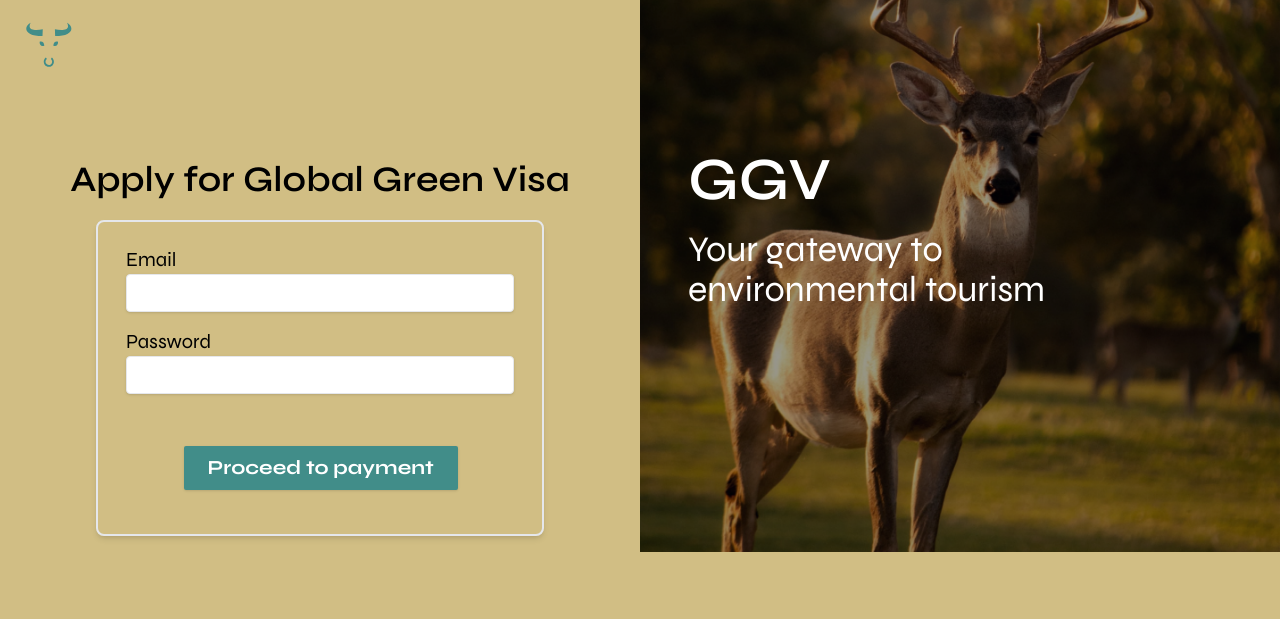
Repository: EngrAhmadUmar/landing-page
Page: /register
The author's editor kept a copy of each file at every save. The page is drawn from the files as they stood at one save, then again after the next save.
The browser window is 1280 px wide. The pictures show the whole page.
The project was rebuilt for these pictures with package versions that can differ from the ones it lists, and the page was loaded fresh each time. The framework's server and built-in components were replaced by stand-ins that run in the browser. Also part of the build but not shown: next.config.js, styles/Home.module.css, src/Components/ApplyPageComponents/ApplyForm.jsx, src/Components/ApplyPageComponents/LoginForm.jsx.

Above is the page before, as saved 2022-07-06 11:18:37.

After the next save:
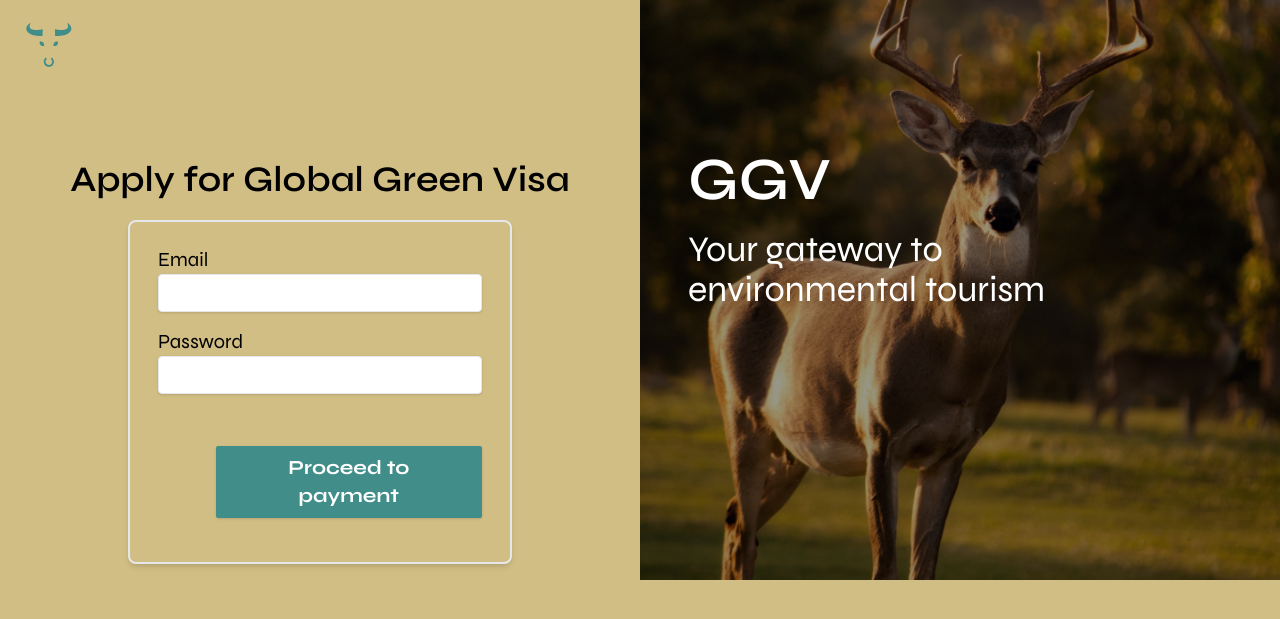
Saved 12 s later.
--- a/src/Components/ApplyPageComponents/RegisterForm.jsx
+++ b/src/Components/ApplyPageComponents/RegisterForm.jsx
@@ -74,7 +74,7 @@ const JoinUs = () => {
           </h3>
           <form
             onSubmit={onSubmit}
-            className="shadow-md rounded-lg px-7 pt-6 pb-8 m-4 lg:mx-12 xl:mx-auto border-gray border-2 font-Syne md:max-w-md"
+            className="shadow-md rounded-lg px-7 pt-6 pb-8 m-4 lg:mx-12 xl:mx-auto border-gray border-2 font-Syne md:max-w-sm"
           >
             <div className="mb-4">
               <label className="text-lg md:text-xl">Email</label>
